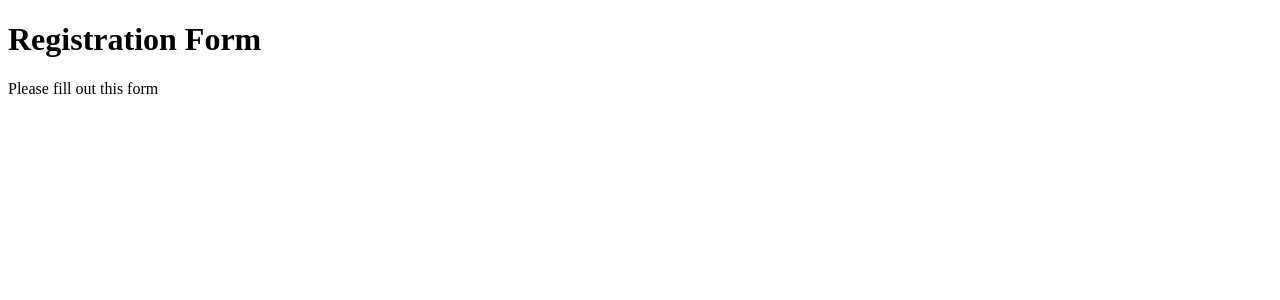
Repository: Lungdjos/registration_form
Page: index.html
These files come from the project's save history. The page is drawn as it stood at one moment and after a run of saves; the edit follows.
The browser window is 1280 px wide. The pictures show the whole page.

Above is the page before, as saved 2023-09-28 14:07:25.

### index.html
<!DOCTYPE html>
<html lang="en">

<head>
    <meta charset="UTF-8">
    <meta name="viewport" content="width=device-width, initial-scale=1.0">
    <title>Registration Form</title>
    <link rel="stylesheet" href="indexStyles.css">
</head>

<body>
    <h1>Registration Form</h1>
    <p>Please fill out this form</p>
</body>

</html>

### indexStyles.css
/* CSS for the Registration Form */

After the next 5 saves:
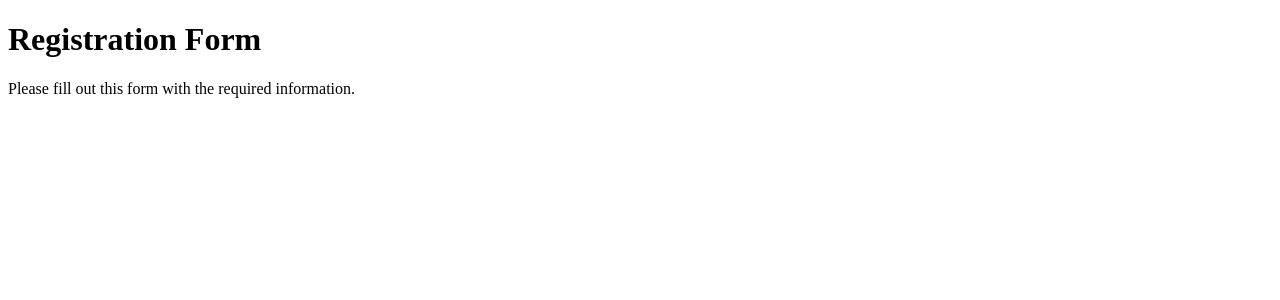
The 5 saves are shown as one change because they came seconds apart.
The last was saved 19 s later.
--- a/index.html
+++ b/index.html
@@ -10,7 +10,7 @@
 
 <body>
     <h1>Registration Form</h1>
-    <p>Please fill out this form</p>
+    <p>Please fill out this form with the required information.</p>
 </body>
 
 </html>
